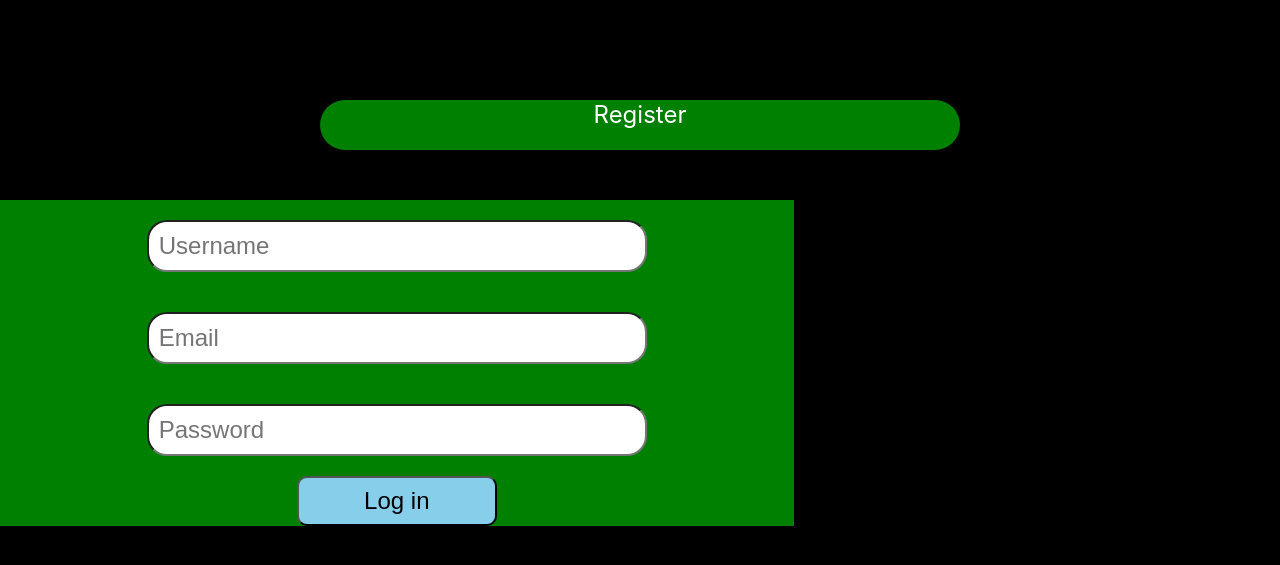
Repository: abhaysharma20233009/swiftKey
Page: /login (app in frontend/my-app/)
An editor plug-in stored every save of this project. The page is shown before and after the next save, followed by the edit.
The browser window is 1280 px wide. The pictures show the whole page.
The project was rebuilt for these pictures with package versions that can differ from the ones it lists, and the page was loaded fresh each time. Also part of the build but not shown: frontend/my-app/src/Swifts.js, frontend/my-app/src/Results.js.

Above is the page before, as saved 2024-10-10 20:00:23.

### frontend/my-app/src/App.js
//App.js

import './App.css';
import React from 'react';
import { BrowserRouter as Router, Route, Routes } from 'react-router-dom';
import Swift from './Swifts';
import Results from './Results';
import Login from './Login';
const App = () => {
    return (
        <Router>
			<div className="App">
            <Routes>
                <Route path="/" element={<Swift />} />
                <Route path="/results" element={<Results />} />
                <Route path="/login" element={<Login />} />
            </Routes>
			</div>
        </Router>
    );
};

export default App;

### frontend/my-app/src/App.css
.App {
  text-align: center;
  color:white;
}

body{
  background-color:black;
}

.log{
  color:black;
  margin-left: 10px;
  margin-right: 10px;
  background-color: skyblue;
  border-radius: 10px;
  height:50px;
  width:200px;
  justify-self: end;
  font-size: x-large;
}




.in{
  border-radius:20px;
  font-size: 24px;
  width: 60%;
  padding: 10px;
  margin: 20px 0;
}

.hea{
  margin-top: 100px;
  margin-bottom: 50px;
  margin-left:25%;
  background-color: lightgray;
  font-size: 24px;
  background-color:green;
  width:50%;
  height:50px;
  border-radius:30px;
  text-align: center;
}

.lo{
  text-align:center;
}
.Timer{
  height:50px;
  font-size:30px;
  margin-bottom: 10px;
  background-color:green;
  width:50px;
  margin-left:48%;
  border-radius: 15px;
}

.form{
  background-color:green;
  width:62%;
}

### frontend/my-app/src/Login.js
// Register.js
import React, { useState } from 'react';
import { useNavigate } from 'react-router-dom';
const Login = () => {
    const [username, setUsername] = useState('');
    const [email, setEmail] = useState('');
    const [password, setPassword] = useState('');

    const navigate = useNavigate();
    const fetchUser = async () => {
        try {
            await fetch('http://localhost:7000/login');

        } catch (error) {
            console.error('Error fetching messages:', error);
        }
    };

    const log = async () => {
        try {
            navigate('/', { state: { username,email } });
            const response = await fetch('http://localhost:7000/login', {
                method: 'POST',
                headers: {
                    'Content-Type': 'application/json',
                },
                body: JSON.stringify({ userName: username, email, password }),
            });

            if (!response.ok) {
                const errorData = await response.json();
                alert(errorData.message || errorData.error);
                return;
            }else{
                alert("user successfully registered");
            }
            // Reset fields
            setUsername('');
            setPassword('');

            // Navigate to Swifts with username

            await fetchUser();

        } catch (error) {
            console.error('Error login:', error);
        }
    }


    return (
        <div>
            <div  className='hea'>Register</div>
            <form className ="form">
                <input
                    className="in"
                    type="text"
                    placeholder="Username"
                    value={username}
                    onChange={(e) => setUsername(e.target.value)}
                    required
                />
                <br/>
                <input
                className="in"
                    type="email"
                    placeholder="Email"
                    value={email}
                    onChange={(e) => setEmail(e.target.value)}
                    required
                />
                <br/>
                <input

                className="in"
                    type="password"
                    placeholder="Password"
                    value={password}
                    onChange={(e) => setPassword(e.target.value)}
                    required
                />
                <br/>
                <button className="log" onClick={log}>Log in</button>
            </form>
        </div>
    );
};

export default Login;

Loaded but not shown: frontend/my-app/public/index.html (common file); frontend/my-app/src/index.js (common file); frontend/my-app/src/index.css (common file); frontend/my-app/src/reportWebVitals.js (common file)

After the next save:
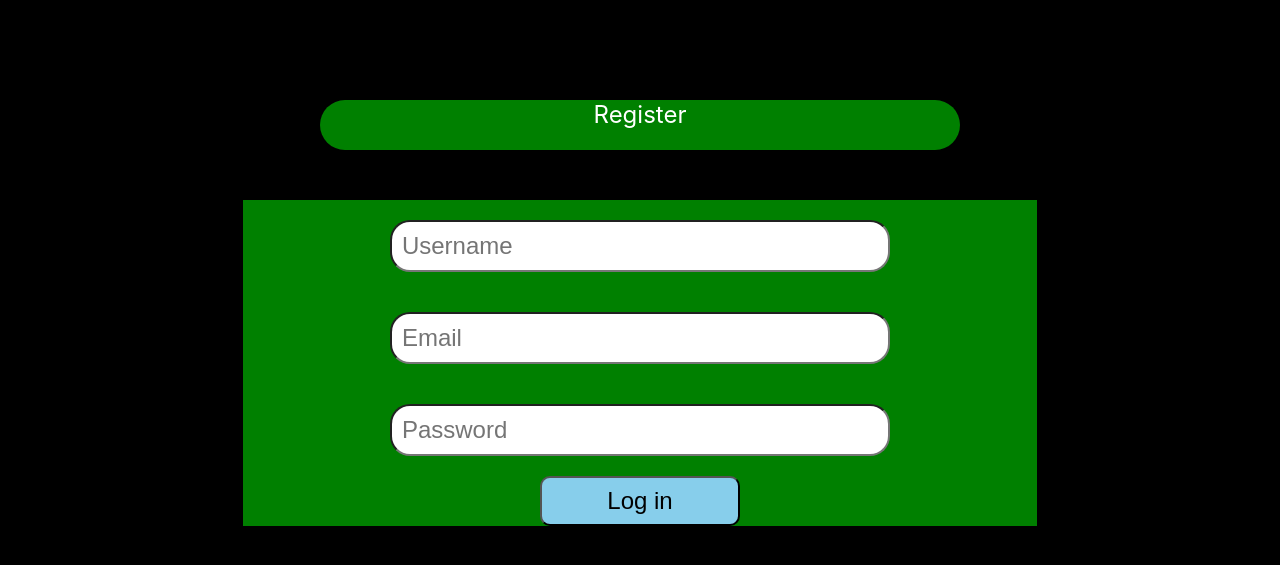
Saved 23 s later.
--- a/frontend/my-app/src/App.css
+++ b/frontend/my-app/src/App.css
@@ -59,4 +59,5 @@ body{
 .form{
   background-color:green;
   width:62%;
+  margin-left:19%;
 }
